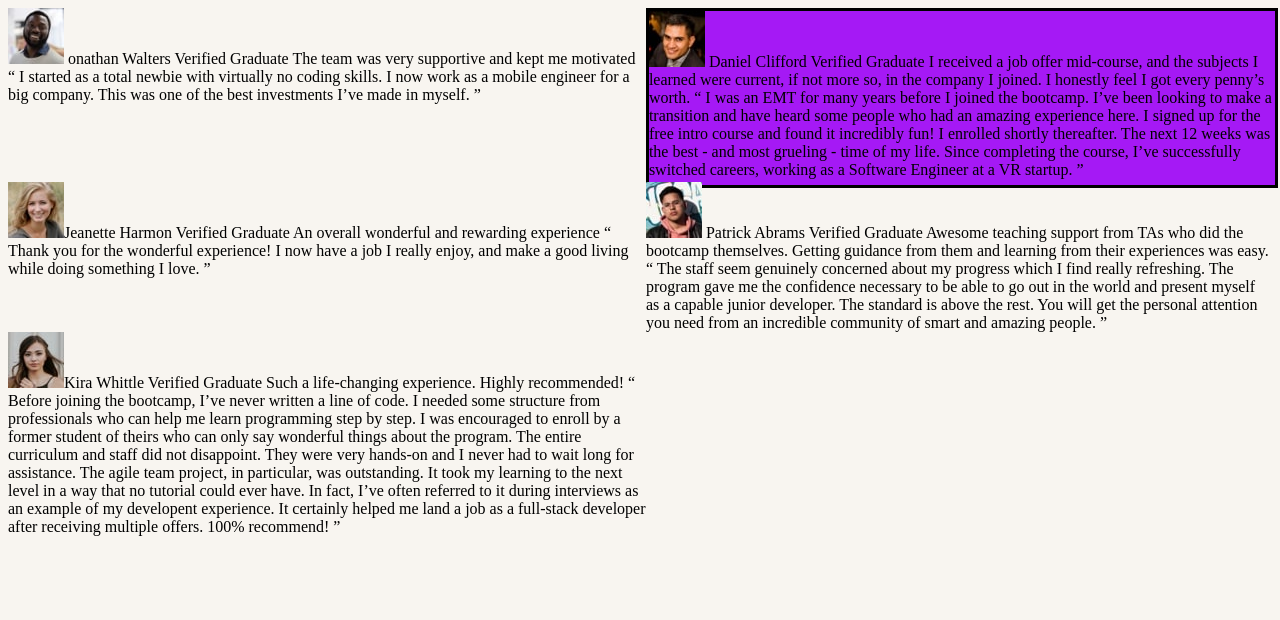
Repository: MagedElRefaey/Grid-Project
Page: Task.html
These files come from the project's save history. The page is drawn as it stood at one moment and after the next save; the edit follows.
The browser window is 1280 px wide. The pictures show the whole page.

Above is the page before, as saved 2024-09-13 21:43:55.

### Task.html
<!DOCTYPE html>
<html lang="en">
<head>
    <link rel ="stylesheet" href="./Style.css">
    <meta charset="UTF-8">
    <meta name="viewport" content="width=device-width, initial-scale=1.0">
    <title>Document</title>
</head>
<body>
    <div class="Container">
        <div class="David"> <img src = "images/image-daniel.jpg"> Daniel Clifford
            Verified Graduate

            I received a job offer mid-course, and the subjects I learned were current, if not more so,
            in the company I joined. I honestly feel I got every penny’s worth.

            “ I was an EMT for many years before I joined the bootcamp. I’ve been looking to make a
            transition and have heard some people who had an amazing experience here. I signed up
            for the free intro course and found it incredibly fun! I enrolled shortly thereafter.
            The next 12 weeks was the best - and most grueling - time of my life. Since completing
            the course, I’ve successfully switched careers, working as a Software Engineer at a VR startup. ”</div>
        <div class="Jonathan"><img src = "images/image-jonathan.jpg"> onathan Walters
            Verified Graduate

            The team was very supportive and kept me motivated

            “ I started as a total newbie with virtually no coding skills. I now work as a mobile engineer
            for a big company. This was one of the best investments I’ve made in myself. ”</div>
        <div class="Jeantette"> <img src = "images/image-jeanette.jpg">Jeanette Harmon
            Verified Graduate

            An overall wonderful and rewarding experience

            “ Thank you for the wonderful experience! I now have a job I really enjoy, and make a good living
            while doing something I love. ” </div>

        <div class="Patrick"><img src="images/image-patrick.jpg"> Patrick Abrams
            Verified Graduate

            Awesome teaching support from TAs who did the bootcamp themselves. Getting guidance from them and
            learning from their experiences was easy.

            “ The staff seem genuinely concerned about my progress which I find really refreshing. The program
            gave me the confidence necessary to be able to go out in the world and present myself as a capable
            junior developer. The standard is above the rest. You will get the personal attention you need from
            an incredible community of smart and amazing people. ”
           </div>
        <div class="Kira"><img src="images/image-kira.jpg">Kira Whittle
            Verified Graduate

            Such a life-changing experience. Highly recommended!

            “ Before joining the bootcamp, I’ve never written a line of code. I needed some structure from
            professionals who can help me learn programming step by step. I was encouraged to enroll by a former
            student of theirs who can only say wonderful things about the program. The entire curriculum and staff
            did not disappoint. They were very hands-on and I never had to wait long for assistance. The agile team
            project, in particular, was outstanding. It took my learning to the next level in a way that no tutorial
            could ever have. In fact, I’ve often referred to it during interviews as an example of my developent
            experience. It certainly helped me land a job as a full-stack developer after receiving multiple offers.
            100% recommend! ” </div>
    </div>
</body>
</html>

### Style.css
body{
    background-color: rgb(248, 245, 240);
}
.Container{
    display: grid;
    grid-template-areas: ".David" ".Jonathan" ".Jeantette"

}
.David{
    grid-area:David;
    height: 100%;
    width: 100%;
    border: 3px solid black;
    background-color: #9c00f7e5;
}

After the next save:
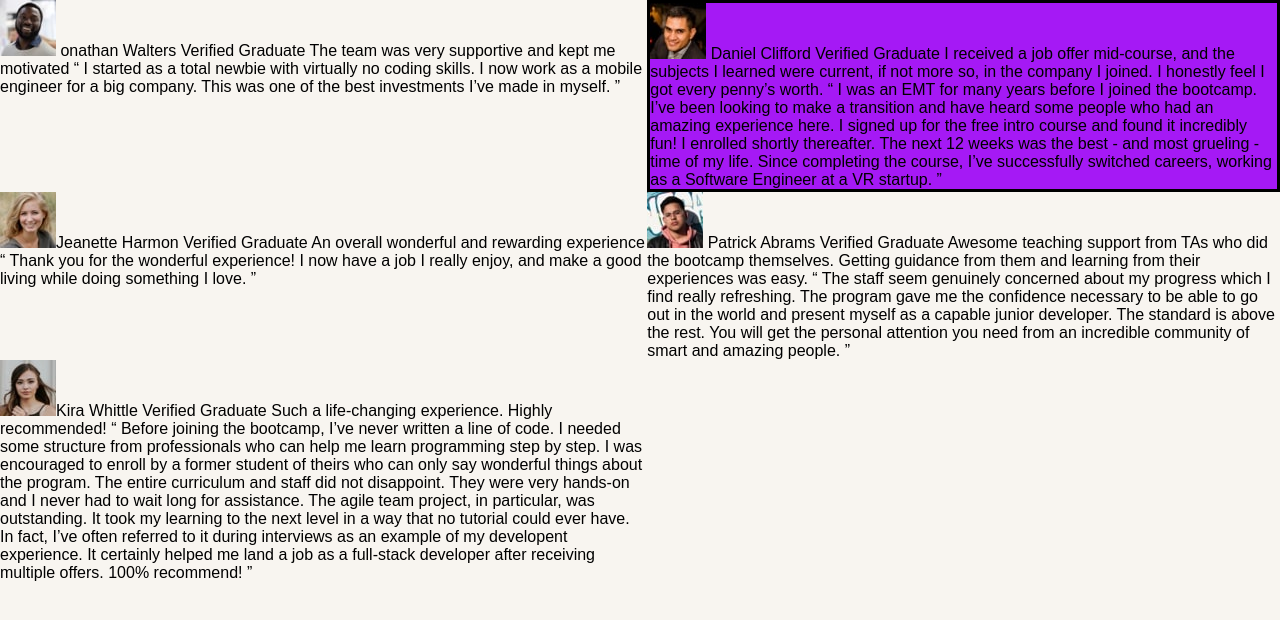
Saved 3 min 43 s later.
--- a/Style.css
+++ b/Style.css
@@ -1,3 +1,9 @@
+*{
+    margin:0;
+    padding: 0;
+    box-sizing: border-box;
+    font-family: Arial, sans-serif;
+}
 body{
     background-color: rgb(248, 245, 240);
 }
